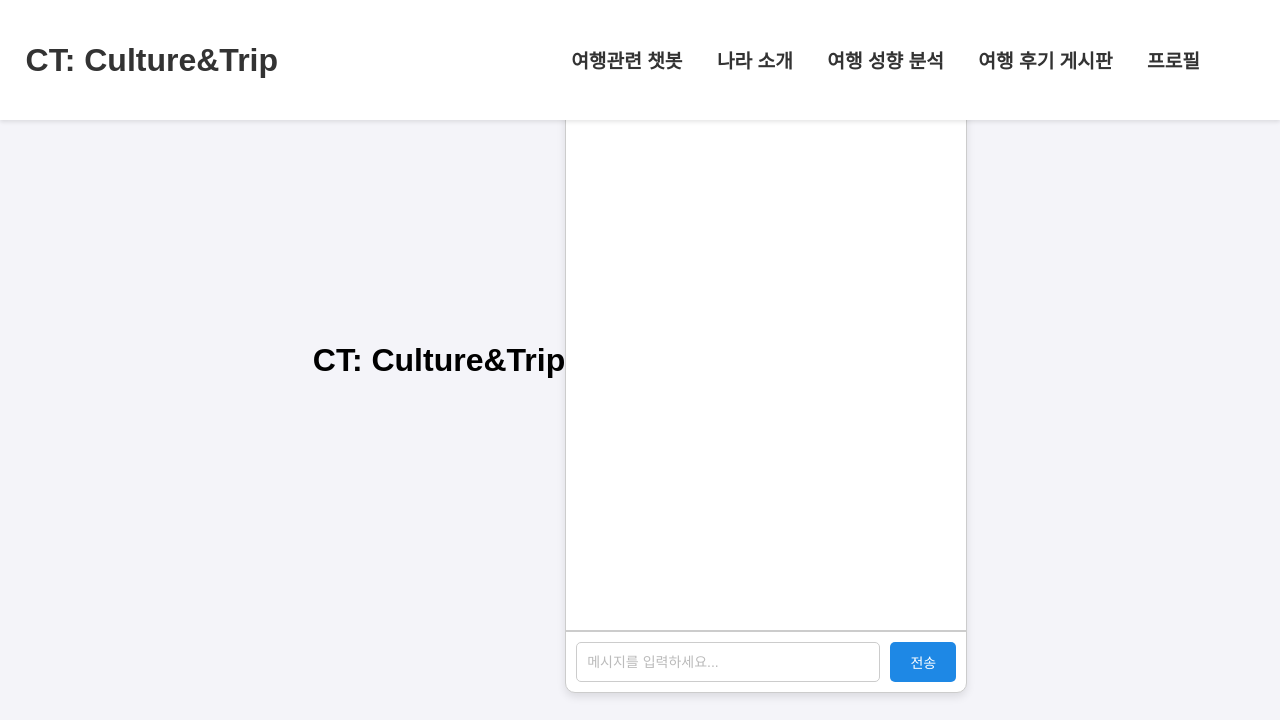
Repository: LifeIsRightward/WebServer
Page: http://localhost/JSPBook/Project/View/Chatbot.jsp?id=null
These files come from the project's save history. The page is drawn as it stood at one moment and after the next save; the edit follows.
The browser window is 1280 px wide. The pictures show the whole page.
The page is served by Tomcat 9. Other server files are loaded and not shown.

Above is the page before, as saved 2024-06-09 18:53:39.

### JSPBook/src/main/webapp/Project/View/Chatbot.jsp
<%@ page language="java" contentType="text/html; charset=UTF-8"
    pageEncoding="UTF-8"%>
<!DOCTYPE html>
<html>
<head>
<meta charset="EUC-KR">
<title>Insert title here</title>
<script src="https://code.jquery.com/jquery-3.4.1.js"></script>
<style>
    body {
        display: flex;
        justify-content: center;
        align-items: center;
        height: 100vh;
        margin: 0;
        background-color: #f4f4f9;
        font-family: Arial, sans-serif;
    }
    .message {
        border-top: 1px solid #ccc;
        padding: 10px;
        margin-top: 5px;
        background-color: #ffffff;
        border-radius: 5px;
        box-shadow: 0 1px 3px rgba(0, 0, 0, 0.1);
    }
    .message:nth-child(odd) {
        background-color: #f1f1f1;
    }
    #chat-container {
        width: 400px;
        height: 600px;
        display: flex;
        flex-direction: column;
        border: 1px solid #ccc;
        border-radius: 10px;
        box-shadow: 0 4px 8px rgba(0, 0, 0, 0.1);
        background-color: #fff;
        margin-top: 5%;
    }
    #chat-messages {
        flex: 1;
        overflow-y: auto;
        padding: 20px;
        display: flex;
        flex-direction: column-reverse;
        border-bottom: 1px solid #ccc;
    }
    #user-input {
        display: flex;
        padding: 10px;
        border-top: 1px solid #ccc;
    }
    #user-input input {
        flex: 1;
        padding: 10px;
        outline: none;
        border: 1px solid #ccc;
        border-radius: 5px;
        margin-right: 10px;
        font-size: 14px;
    }
    #user-input input::placeholder {
        color: #bbb;
    }
    #user-input button {
        border: none;
        background-color: #1e88e5;
        color: white;
        padding: 10px 20px;
        border-radius: 5px;
        cursor: pointer;
        font-size: 14px;
    }
    #user-input button:hover {
        background-color: #1565c0;
    }
    #user-input button:active {
        background-color: #0d47a1;
    }

header {
	display: flex; /* header를 flexbox로 설정 */
    align-items: center; /* 항목들을 중앙 정렬 */
    justify-content: space-between; /* 항목들을 양쪽 끝으로 분산 */
    position: absolute;
    top: 0;
    left: 0;
    height: 100px; /* header 높이 설정 */
    width: 100%; /* 전체 너비 차지 */
    background-color: #fff; /* 배경색 */
    padding: 10px 0; /* 여백 설정 */
     z-index: 10; /* 다른 요소 위에 표시 */
    box-shadow: 0 2px 4px rgba(0, 0, 0, 0.1); /* 그림자 효과 */
}

header > h1{
	margin-left:2%;
}

h1 > a{
	text-decoration: none; /* 기본 텍스트 장식 제거 */
	color: #333; /* 링크 색상 */
}

nav ul {
    list-style: none; /* 기본 목록 스타일 제거 */
    margin-right: 50px;
    padding: 0; /* 여백 제거 */
    text-align: right; /* 오른쪽 정렬 */
}

nav li {
    display: inline-block; /* li 요소를 가로로 나열 */
    margin-right: 30px; /* 각 li 요소 사이 여백 */
}

nav a {
    color: #333; /* 링크 색상 */
    text-decoration: none; /* 기본 텍스트 장식 제거 */
    font-weight: bold; /* 글씨체 강조 */
    font-size: 1.2em;
}

nav a:hover {
    color: #408080; /* 마우스 호버 시 링크 색상 변경 */
}

</style>
</head>
<body>
	<%
    	request.setCharacterEncoding("utf-8");
    	String uid = request.getParameter("id");
    %>
	<header>
        <h1><a href="index.jsp?id=<%=uid%>">CT: Culture&Trip</a></h1>
        <nav>
            <ul>
            	<li><a href="Chatbot.jsp?id=<%=uid%>">여행관련 챗봇</a></li>
                <li><a href="NationalInfo/nationalinfo.jsp?id=<%=uid%>">나라 소개</a></li>
                <li><a href="https://stti.tripbuilder.co.kr/">여행 성향 분석</a></li>
                <li><a href="tripcommunity.jsp?id=<%=uid%>">여행 후기 게시판</a></li>
                <li><a href="profile.jsp?id=<%=uid%>">프로필</a></li>
            </ul>
        </nav>
    </header>
    <div id="chat-text">
    	<h1>CT: Culture&Trip</h1>
    </div>
    <div id="chat-container">
        <div id="chat-messages"></div>
        <div id="user-input">
            <input type="text" placeholder="메시지를 입력하세요..." />
            <button>전송</button>
        </div>
    </div>
    <script type="text/javascript" src="../js/Chatbot.js"></script>
</body>
</html>

### JSPBook/src/main/webapp/Project/js/Chatbot.js
// 채팅 메시지를 표시할 DOM
const chatMessages = document.querySelector('#chat-messages');

// 사용자 입력 필드
const userInput = document.querySelector('#user-input input');

// 전송 버튼
const sendButton = document.querySelector('#user-input button');

// 발급받은 OpenAI API 키를 변수로 저장(주 계정)
const apiKey = 'sk-proj-Jqxf9kRHs1TAusLjZHUaT3BlbkFJgy2ptzOiuK0lfbx0xLxR';
// 발급받은 OpenAI API 키를 변수로 저장(부 계정)
//const apiKey = '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';


// OpenAI API 엔드포인트 주소를 변수로 저장
const apiEndpoint = 'https://api.openai.com/v1/chat/completions';

function addMessage(sender, message) {
    // 새로운 div 생성
    const messageElement = document.createElement('div');
    // 생성된 요소에 클래스 추가
    messageElement.className = 'message';
    // 채팅 메시지 목록에 새로운 메시지 추가
    messageElement.textContent = `${sender}: ${message}`;
    chatMessages.prepend(messageElement);
}

// ChatGPT API 요청
async function fetchAIResponse(prompt) {
    // API 요청에 사용할 옵션을 정의
    const requestOptions = {
        method: 'POST',
        // API 요청의 헤더를 설정
        headers: {
            'Content-Type': 'application/json',
            'Authorization': `Bearer ${apiKey}`
        },
        body: JSON.stringify({
            model: "gpt-3.5-turbo",  // 사용할 AI 모델
            messages: [{
                role: "user", // 메시지 역할을 user로 설정
                content: prompt // 사용자가 입력한 메시지
            }],
            temperature: 0.8, // 모델의 출력 다양성
            max_tokens: 1024, // 응답받을 메시지 최대 토큰(단어) 수 설정
            top_p: 1, // 토큰 샘플링 확률을 설정
            frequency_penalty: 0.5, // 일반적으로 나오지 않는 단어를 억제하는 정도
            presence_penalty: 0.5, // 동일한 단어나 구문이 반복되는 것을 억제하는 정도
            stop: ["Human"] // 생성된 텍스트에서 종료 구문을 설정
        })
    };

    //API 요청후 응답 처리
    try {
        const response = await fetch(apiEndpoint, requestOptions);
        const data = await response.json();

        // 응답에서 choices 배열이 존재하는지 확인
        if (!data.choices || data.choices.length === 0) {
            throw new Error('API 응답에 choices 배열이 없습니다.');
        }

        const aiResponse = data.choices[0].message.content;
        return aiResponse;
    } catch (error) {
        console.error('OpenAI API 호출 중 오류 발생:', error);
        return 'OpenAI API 호출 중 오류 발생';
    }
}

// 전송 버튼 클릭 이벤트 처리
sendButton.addEventListener('click', async () => {
    // 사용자가 입력한 메시지
    const message = userInput.value.trim();
    // 메시지가 비어있으면 리턴
    if (message.length === 0) return;
    // 사용자 메시지 화면에 추가
    addMessage('나', message);
    userInput.value = '';
    //ChatGPT API 요청후 답변을 화면에 추가
    const aiResponse = await fetchAIResponse(message);
    addMessage('챗봇', aiResponse);
});

// 사용자 입력 필드에서 Enter 키 이벤트를 처리
userInput.addEventListener('keydown', (event) => {
    if (event.key === 'Enter') {
        sendButton.click();
    }
});

After the next save:
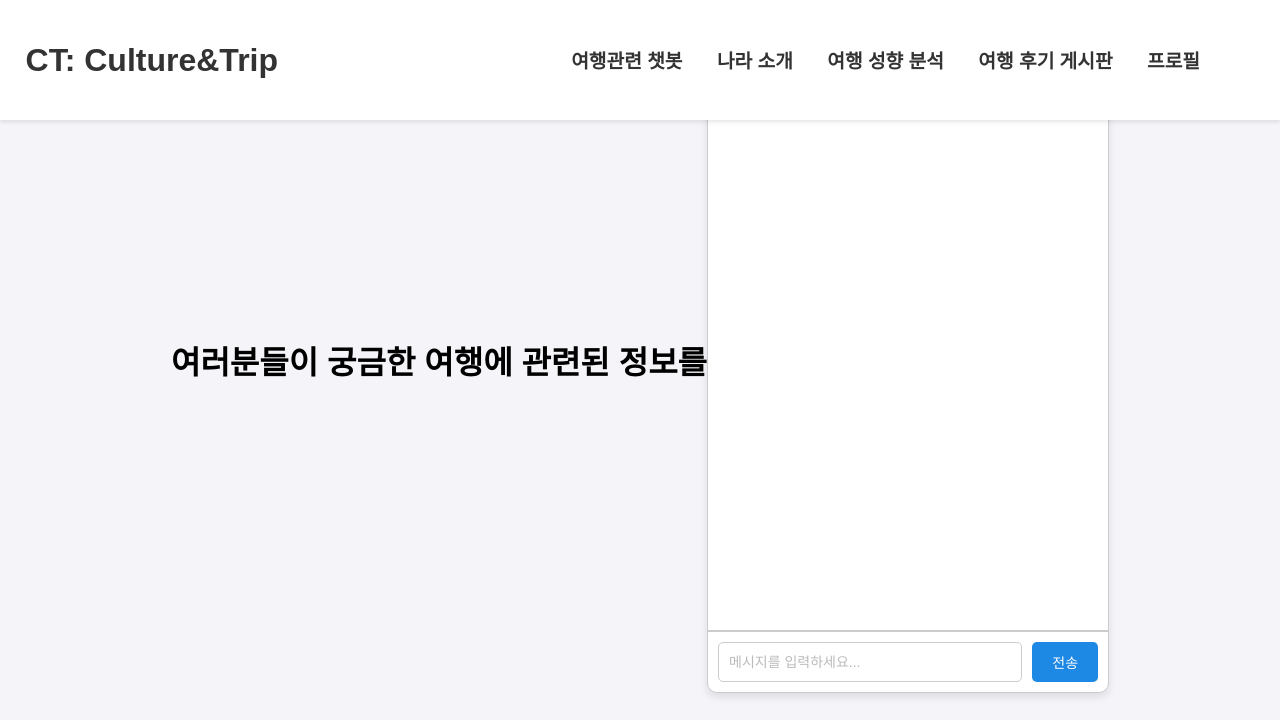
Saved 16 s later.
--- a/JSPBook/src/main/webapp/Project/View/Chatbot.jsp
+++ b/JSPBook/src/main/webapp/Project/View/Chatbot.jsp
@@ -146,7 +146,7 @@
         </nav>
     </header>
     <div id="chat-text">
-    	<h1>CT: Culture&Trip</h1>
+    	<h1>여러분들이 궁금한 여행에 관련된 정보를</h1>
     </div>
     <div id="chat-container">
         <div id="chat-messages"></div>
